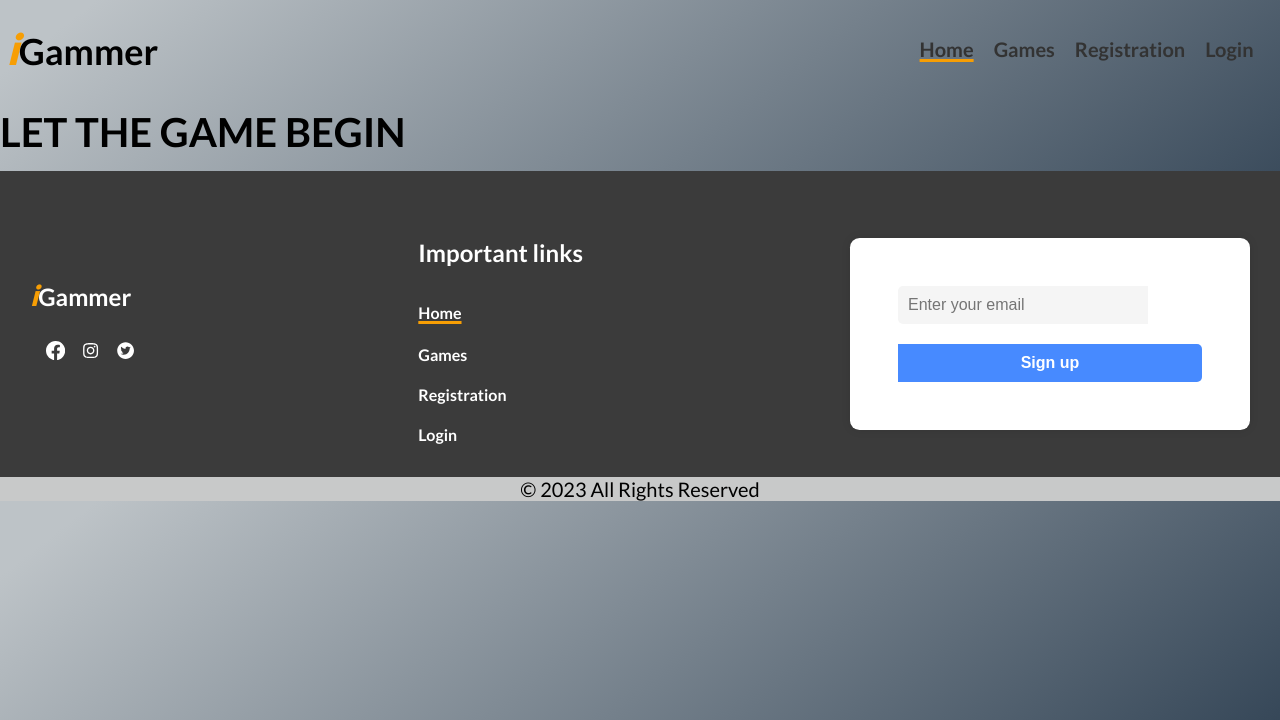
Repository: DannyMyles/iGammer
Page: /
The author's editor kept a copy of each file at every save. The page is drawn from the files as they stood at one save, then again after the next save.
The browser window is 1280 px wide. The pictures show the whole page.
The project was rebuilt for these pictures with package versions that can differ from the ones it lists, and the page was loaded fresh each time. Also part of the build but not shown: src/pages/games/games.css, src/pages/games/Games.tsx, src/pages/home/home.css, src/pages/login/Login.tsx, src/pages/playgame/playgame.css, src/pages/playgame/PlayGame.tsx, src/pages/register/register.css, src/pages/register/Register.tsx.

Above is the page before, as saved 2023-03-16 13:22:18.

After the next save:
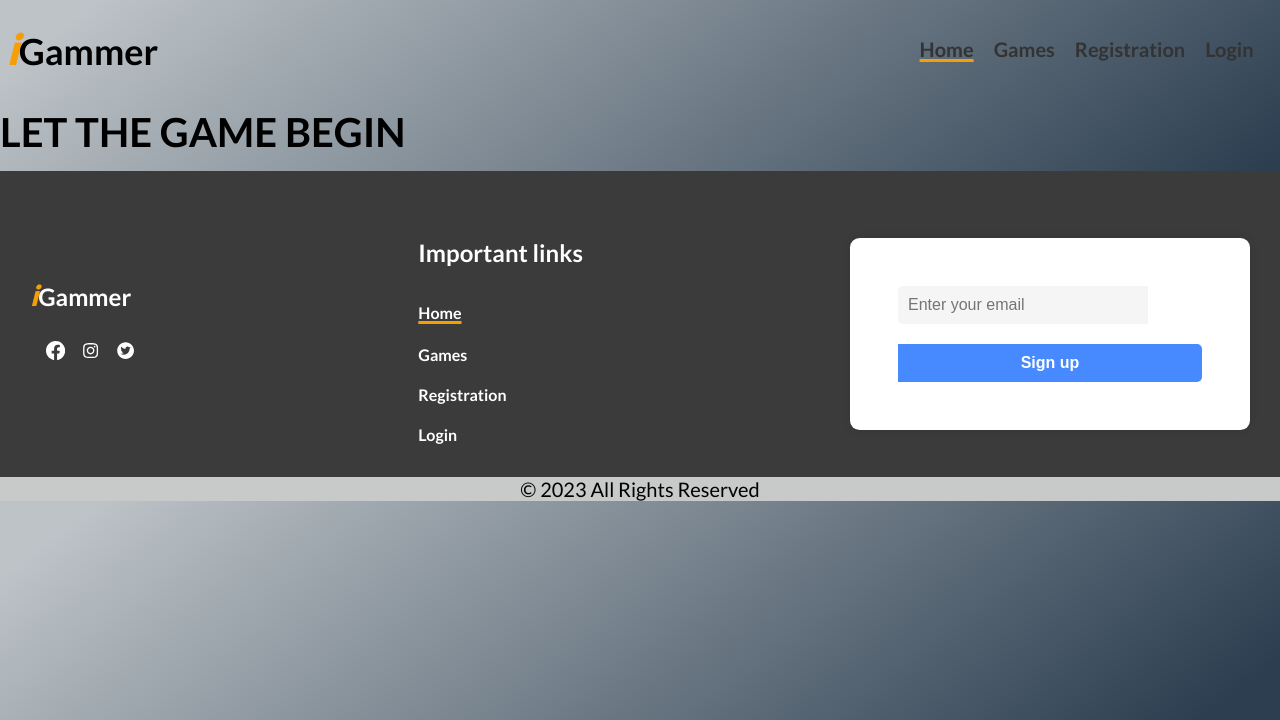
Saved 5 s later.
--- a/src/index.css
+++ b/src/index.css
@@ -7,7 +7,7 @@ body {
 	margin: 0;
 	padding: 0;
 	background: linear-gradient(#bdc3c7 → #2c3e50);
-	background: linear-gradient(142deg, #bdc3c7 5%, #2c3e50 87%);
+	background: linear-gradient(142deg, #bdc3c7 5%, #2c3e50 77%);
 	align-items: center;
 	flex-direction: column;
 	font-family: 'Lato', sans-serif;
